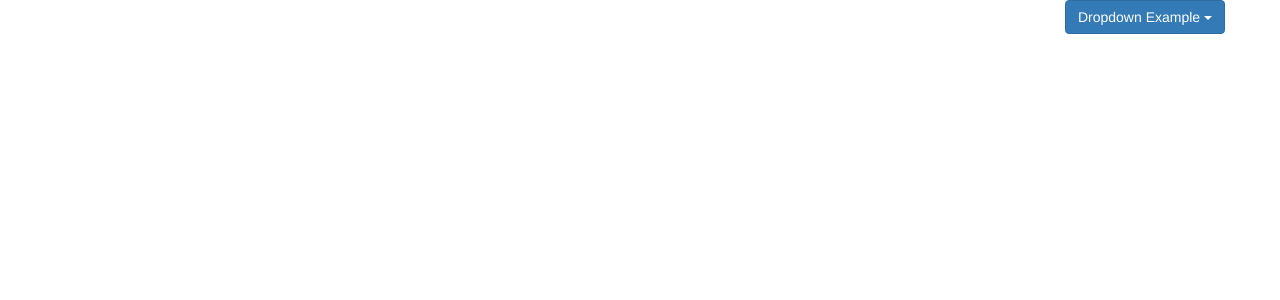
Repository: Trongphamsr/eclip-crud-ss-date-jsp
Page: http://localhost/chenLoginGoogleFacebookComment/
These files come from the project's save history. The page is drawn as it stood at one moment and after the next save; the edit follows.
The browser window is 1280 px wide. The pictures show the whole page.
The page is served by Tomcat 9.

Above is the page before, as saved 2018-06-15 01:03:27.

After the next save:
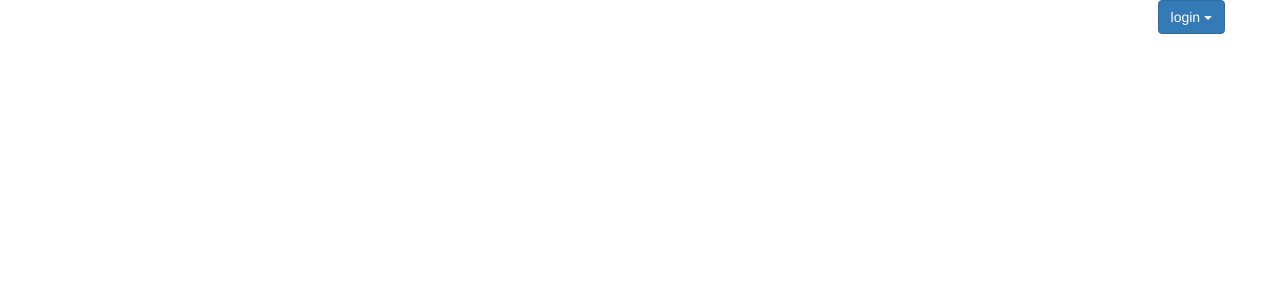
Saved 47 s later.
--- a/eclip_22_6_2018/chenLoginGoogleFacebookComment/WebContent/index.jsp
+++ b/eclip_22_6_2018/chenLoginGoogleFacebookComment/WebContent/index.jsp
@@ -17,7 +17,7 @@
 <div class="container">
  <div class="row" style="float: right;">
 	<div class="dropdown">
-	    <button class="btn btn-primary dropdown-toggle" type="button" data-toggle="dropdown">Dropdown Example
+	    <button class="btn btn-primary dropdown-toggle" type="button" data-toggle="dropdown">login
 	    <span class="caret"></span></button>
 	    <ul class="dropdown-menu">
 	      <li><a href="facebook.jsp">facebook</a></li>
